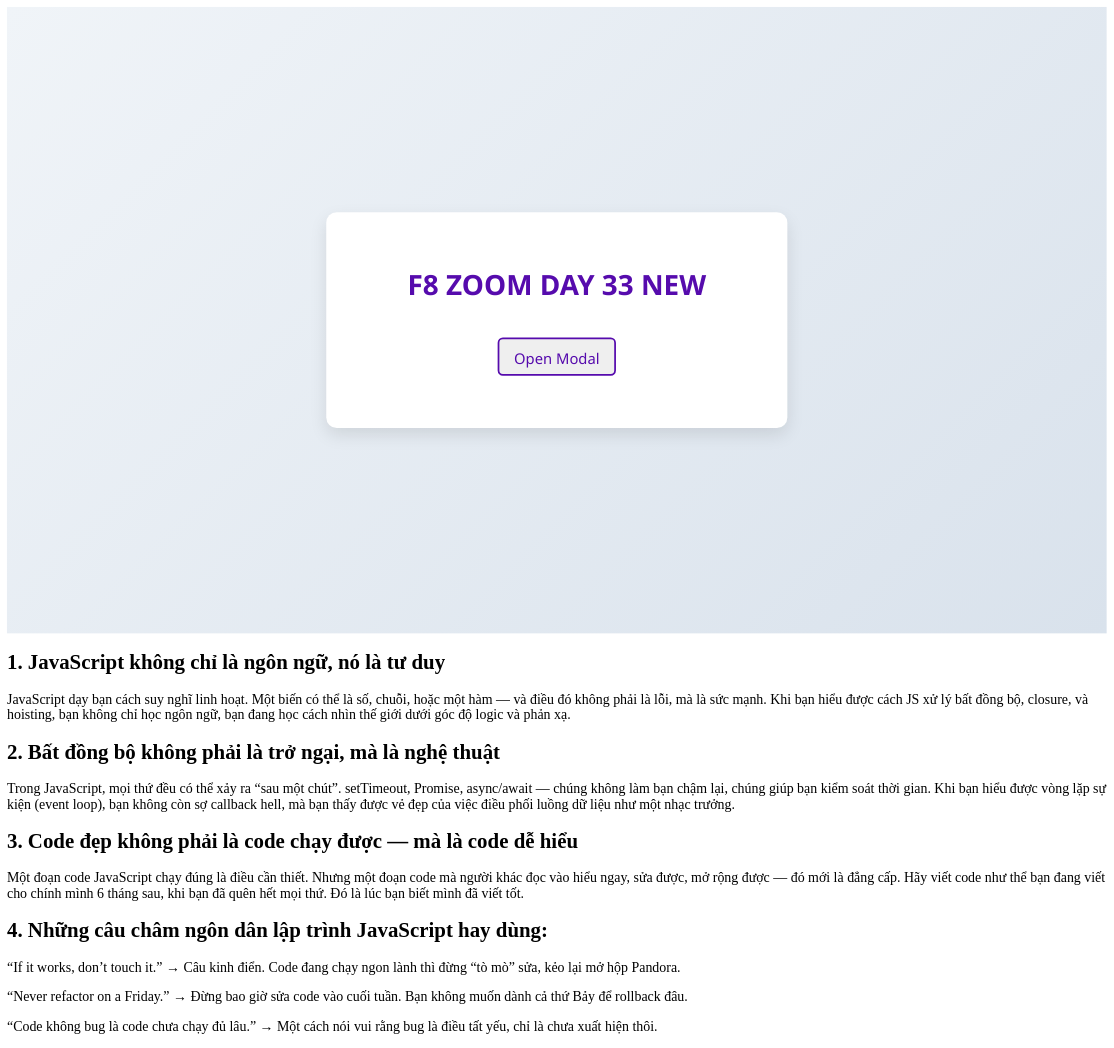
Repository: lannguyen1301/f8-zoom-day-33-new
Page: index.html
The author's editor kept a copy of each file at every save. The page is drawn from the files as they stood at one save, then again after the next save.
The browser window is 1280 px wide. The pictures show the whole page, at 87% of full size.

Above is the page before, as saved 2025-08-07 23:11:44.

### index.html
<!DOCTYPE html>
<html lang="en">

<head>
    <meta charset="UTF-8">
    <meta name="viewport" content="width=device-width, initial-scale=1.0">
    <title>F8 ZOOM DAY 33 NEW</title>
    <link rel="stylesheet" href="./assets/css/style.css">

</head>

<body>
    <div class="main">
        <div class="card">
            <h1 class="title">F8 ZOOM DAY 33 NEW</h1>
            <button id="open-modal">Open Modal</button>
        </div>
    </div>

    <!-- App Modal -->
    <app-modal>
    </app-modal>


    <script type="module" src="./main.js"></script>
</body>

</html>

<h2>
    1. JavaScript không chỉ là ngôn ngữ, nó là tư duy
</h2>
<p>
    JavaScript dạy bạn cách suy nghĩ linh hoạt. Một biến có thể là số, chuỗi, hoặc một hàm — và điều đó không phải là
    lỗi, mà là sức mạnh. Khi bạn hiểu được cách JS xử lý bất đồng bộ, closure, và hoisting, bạn không chỉ học ngôn ngữ,
    bạn đang học cách nhìn thế giới dưới góc độ logic và phản xạ.
</p>

<h2>
    2. Bất đồng bộ không phải là trở ngại, mà là nghệ thuật
</h2>
<p>
    Trong JavaScript, mọi thứ đều có thể xảy ra “sau một chút”. setTimeout, Promise, async/await — chúng không làm bạn
    chậm lại, chúng giúp bạn kiểm soát thời gian. Khi bạn hiểu được vòng lặp sự kiện (event loop), bạn không còn sợ
    callback hell, mà bạn thấy được vẻ đẹp của việc điều phối luồng dữ liệu như một nhạc trưởng.
</p>

<h2>
    3. Code đẹp không phải là code chạy được — mà là code dễ hiểu
</h2>
<p>
    Một đoạn code JavaScript chạy đúng là điều cần thiết. Nhưng một đoạn code mà người khác đọc vào hiểu ngay, sửa được,
    mở rộng được — đó mới là đẳng cấp. Hãy viết code như thể bạn đang viết cho chính mình 6 tháng sau, khi bạn đã quên
    hết mọi thứ. Đó là lúc bạn biết mình đã viết tốt.
</p>

<h2>
    4. Những câu châm ngôn dân lập trình JavaScript hay dùng:
</h2>
<p>
    “If it works, don’t touch it.” → Câu kinh điển. Code đang chạy ngon lành thì đừng “tò mò” sửa, kẻo lại mở hộp
    Pandora.
</p>
<p>
    “Never refactor on a Friday.” → Đừng bao giờ sửa code vào cuối tuần. Bạn không muốn dành cả thứ Bảy để rollback đâu.
</p>
<p>
    “Code không bug là code chưa chạy đủ lâu.” → Một cách nói vui rằng bug là điều tất yếu, chỉ là chưa xuất hiện thôi.
</p>

### assets/css/style.css
.main {
    margin: 0;
    height: 100vh;
    display: flex;
    justify-content: center;
    align-items: center;
    background: linear-gradient(135deg, #f0f4f8, #d9e2ec);
    font-family: "Segoe UI", sans-serif;
}

.card {
    background: white;
    padding: 40px;
    border-radius: 12px;
    box-shadow: 0 8px 20px rgba(0, 0, 0, 0.1);
    text-align: center;
    min-width: 450px;
}

.card h1 {
    margin-bottom: 20px;
    color: #560bad;
}

/* From Uiverse.io by cssbuttons-io */
button {
    --color: #560bad;
    font-family: inherit;
    display: inline-block;
    width: 8em;
    height: 2.6em;
    line-height: 2.5em;
    margin: 20px;
    position: relative;
    cursor: pointer;
    overflow: hidden;
    border: 2px solid var(--color);
    transition: color 0.5s;
    z-index: 0;
    font-size: 17px;
    border-radius: 6px;
    font-weight: 500;
    color: var(--color);
}
button:before {
    content: "";
    position: absolute;
    z-index: -1;
    background: var(--color);
    height: 150px;
    width: 200px;
    border-radius: 50%;
}

button:hover {
    color: #fff;
}

button:before {
    top: 100%;
    left: 100%;
    transition: all 0.7s;
}

button:hover:before {
    top: -30px;
    left: -30px;
}

button:active:before {
    background: #3a0ca3;
    transition: background 0s;
}

span {
    display: block;
    width: 50px;
    height: 50px;
    border-radius: 50%;
    background: #f0f0f0;
    text-align: center;
    color: #560bad;
    font-size: 2rem;
    margin-left: auto;
    margin-right: 0;
    border: 1px solid #560bad;
}

### main.js
import "./Components/app-modal.js";

// Open Modal

// Lấy nút mở modal từ DOM để gắn sự kiện click.
const openModalBtn = document.querySelector("#open-modal");

// Truy cập trực tiếp vào custom element <app-modal>
// để gọi các phương thức như .open() và .close().
const appModal = document.querySelector("app-modal");
console.log(appModal); //Debug: kiểm tra xem phần tử đã được lấy đúng chưa.

// Lắng nghe sự kiện close do modal phát ra (có thể từ nút Cancel, nút X, hoặc phím Escape).
appModal.addEventListener("close", () => {
    // code...
    // alert("Da dong");
    appModal.close();
    // Gọi appModal.close() để thực hiện đóng modal
});

// bấm nút “Open Modal”, gọi appModal.open() để hiển thị modal.
openModalBtn.addEventListener("click", () => {
    appModal.open();
});

### Components/app-modal.js
class AppModal extends HTMLElement {
    constructor() {
        super();
        this.attachShadow({ mode: "open" });
    }

    open() {
        const template = document.createElement("template");

        // cach 1
        template.setAttribute("id", "app-modal-tpl");

        /**
         * cach 2
          template.id = "app-modal-tpl";
         */
        //

        template.innerHTML = `

        <!-- Thêm CSS Internals -->
        <style>
            * {
                padding: 0;
                margin: 0;
                box-sizing: border-box;
            }

            :host {
                --app-modal-heading-color: #560bad;
                --app-modal-padding: 60px
                    /* màu mặc định đang là màu đỏ */
            }

            .main {
            margin: 0;
            height: 100vh;
            display: flex;
            justify-content: center;
            align-items: center;
            background: linear-gradient(135deg, #f0f4f8, #d9e2ec);
            font-family: "Segoe UI", sans-serif;
            }

            .card {
                background: white;
                padding: 40px;
                border-radius: 12px;
                box-shadow: 0 8px 20px rgba(0, 0, 0, 0.1);
                text-align: center;
                min-width: 450px;
            }

            .card h1 {
                margin-bottom: 20px;
                color: #560bad;
            }

            /* From Uiverse.io by cssbuttons-io */
            button {
                --color: #560bad;
                font-family: inherit;
                display: inline-block;
                width: 8em;
                height: 2.6em;
                line-height: 2.5em;
                margin: 20px;
                position: relative;
                cursor: pointer;
                overflow: hidden;
                border: 2px solid var(--color);
                transition: color 0.5s;
                z-index: 0;
                font-size: 17px;
                border-radius: 6px;
                font-weight: 500;
                color: var(--color);
            }
            button:before {
                content: "";
                position: absolute;
                z-index: -1;
                background: var(--color);
                height: 150px;
                width: 200px;
                border-radius: 50%;
            }

            button:hover {
                color: #fff;
            }

            button:before {
                top: 100%;
                left: 100%;
                transition: all 0.7s;
            }

            button:hover:before {
                top: -30px;
                left: -30px;
            }

            button:active:before {
                background: #3a0ca3;
                transition: background 0s;
            }

            .modal {
                position: fixed;
                inset: 0;
                display: flex;
                align-items: center;
                justify-content: center;
                flex-direction: column;
                background: rgba(255, 165, 0, 0.6);
                /* code lỗi hãy xoá đoạn này nhé*/
                opacity: 0;
                transform: scale(0.95);
                visibility: hidden;
                pointer-events: none;
                transition: opacity 0.3s ease, transform 0.3s ease;
            }

           /* code lỗi hãy xoá đoạn này nhé*/
            .modal.show {
                opacity: 1;
                transform: scale(1);
                visibility: visible;
                pointer-events: auto;
            }

            .inner {
                min-width: 400px;
                padding: var(--app-modal-padding, 20px);
                border-radius: 10px;
                background: #fff;
                position: relative;

            }

            .header {
                margin-bottom: 20px;
            }

            .content {
                margin-bottom: 20px;
                line-height: 1.5rem
            }

            .heading {
                color: var(--app-modal-heading-color, red);
            }

            .header, .content, .footer {
                background: #e1e1e1;
                padding: 20px;
                border-radius: 10px;
                border: 1px solid #a9a9a9;
            }

            .modal span.sp-close {
                display: block;
                width: 40px;
                height: 40px;
                border-radius: 50%;
                background: #f0f0f0;
                text-align: center;
                color: #560bad;
                font-size: 1.5rem;
                border: 1px solid #560bad;
                position: absolute;
                top: 12px;
                left: auto;
                right: 20px;
                transition: background 0.5s ease;
            }

            .modal span.sp-close:hover {
                cursor: pointer;
                background: #560bad;
                color: #fff;
                border: 2px solid orange;
            }


            .modal .footer {
            // background-color: red;
            // border-radius: 10px;
            }

        </style>
        <div class="modal">
            <div class="inner">
                <div class="header" slot="header">
                    <div class="circle"></div>
                    <span id="sp-close" class="sp-close">x</span>
                    <h2 class="heading" id="heading">F8 ZOOM DAY 33 Components</h2>
                </div>
                <div class="content" slot="content">
                    <p>Lorem ipsum dolor sit amet consectetur adipisicing elit. Possimus, totam.</p>
                    <p>Lorem ipsum, dolor sit amet consectetur adipisicing elit. Praesentium voluptas veniam ea in magni
                        temporibus.
                    </p>
                    <p>Lorem, ipsum dolor sit amet consectetur adipisicing elit. Sapiente aspernatur quod suscipit? Voluptas
                        quae ea
                        dolorem vero. Omnis, eius soluta!</p>
                </div>

                <div class="footer" extends ParentClass { super() } slot="footer">
                    <button id="close-btn">Cancel</button>
                    <button>Confirm</button>
                </div>
            </div>
        </div>
        `;

        const templateContent = template.content.cloneNode(true);
        // template.content: truy câp vào nội dung bên trong thẻ template, tạo bản copy toàn bộ nội dung bên trong thẻ template.

        this.shadowRoot.appendChild(templateContent);
        // Gắn nội dung đã clone vào shadowRoot của component.

        const modal = this.shadowRoot.querySelector(".modal");
        const closeBtn = this.shadowRoot.querySelector(".sp-close"); // dau X de dong modal
        if (!closeBtn) console.warn("Không tìm thấy nút đóng (X)");

        const cancelBtn = this.shadowRoot.querySelector("#close-btn"); // button cancel
        if (!cancelBtn) console.warn("Không tìm thấy nút Cancel");

        // Hiển thị modal
        requestAnimationFrame(() => {
            modal.classList.add("show");
            // requestAnimationFrame là hàm có sẵn trong js tạo chuyển động mượt mà
            // requestAnimationFrame: Đảm bảo class .show được thêm sau khi DOM render xong
        });

        // Đóng modal khi bấm nút X
        closeBtn.addEventListener("click", () => this.close());

        // Đóng modal khi bấm nút Cancel
        cancelBtn.addEventListener("click", () => this.close());

        // cách 2
        // cancelBtn.onclick = () => {
        //     this.close(); // this = appModal
        // };
        // console.log(cancelBtn);

        // đóng modal khi dùng phím esc
        const escHandler = (e) => {
            if (e.key === "Escape") this.close();
        };

        document.addEventListener("keydown", escHandler);

        // Đóng khi click ra ngoài
        modal.addEventListener("click", (e) => {
            if (e.target === modal) this.close();
        });

        // Lưu lại để cleanup khi đóng
        this._escHandler = escHandler;

        console.log(templateContent); // debug
    }

    close() {
        // tìm phần tử modal trong shadow DOM thông qua truy vấn class modal
        const modal = this.shadowRoot.querySelector(".modal");

        // Nếu không tìm thấy modal thì thoát luôn
        if (!modal) {
            console.warn("Không tìm thấy modal để đóng.");
            return;
        }

        // gỡ class show khỏi modal
        modal.classList.remove("show");

        // Sau khi transition xong thì xoá modal khỏi DOM
        requestAnimationFrame(() => {
            modal.addEventListener(
                "transitionend",
                () => {
                    this.shadowRoot.innerHTML = "";
                },
                { once: true }

                // transitionend: Lắng nghe khi hiệu ứng kết thúc để xoá modal khỏi DOM
            );

            // Cleanup sự kiện
            document.removeEventListener("keydown", this._escHandler);
            // escHandler	Lưu lại hàm xử lý Escape để có thể xoá khi đóng
        });
    }
}

// Call Function
customElements.define("app-modal", AppModal);

After the next save:
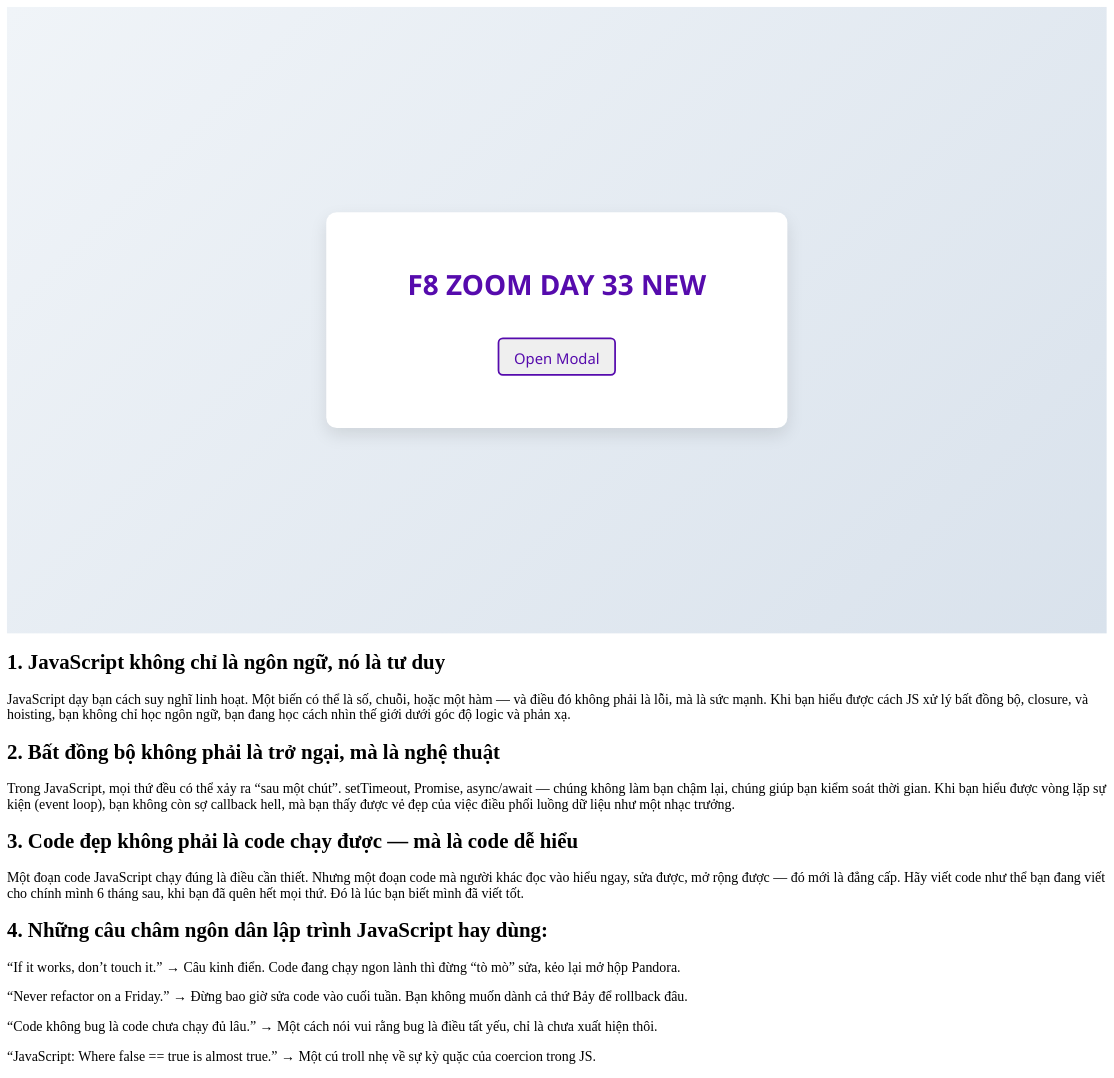
Saved 18 s later.
--- a/index.html
+++ b/index.html
@@ -67,3 +67,6 @@
 <p>
     “Code không bug là code chưa chạy đủ lâu.” → Một cách nói vui rằng bug là điều tất yếu, chỉ là chưa xuất hiện thôi.
 </p>
+<p>
+    “JavaScript: Where false == true is almost true.” → Một cú troll nhẹ về sự kỳ quặc của coercion trong JS.
+</p>
